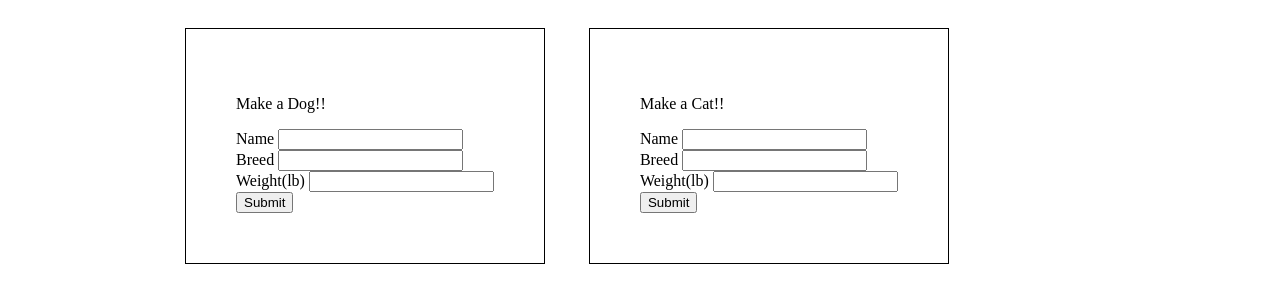
Repository: harshithamagani/Java-Basics
Page: http://localhost/pets/
The author's editor kept a copy of each file at every save. The page is drawn from the files as they stood at one save, then again after the next save.
The browser window is 1280 px wide. The pictures show the whole page.
The page is served by Tomcat 9.

Above is the page before, as saved 2019-11-05 01:05:42.

After the next save:
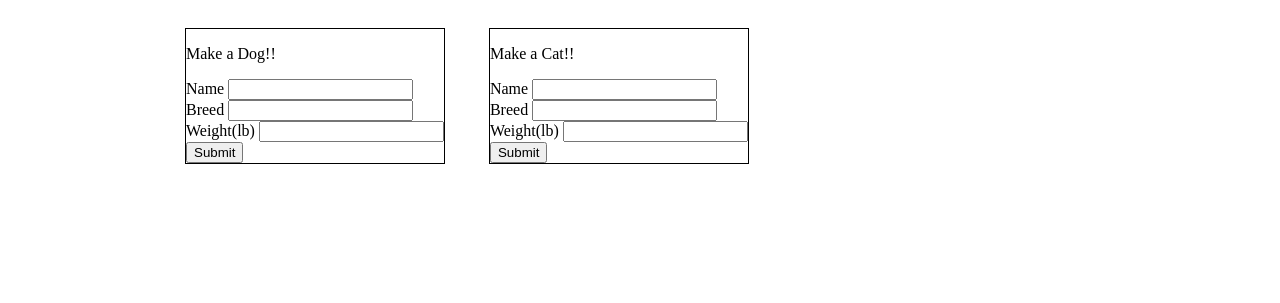
Saved 40 s later.
--- a/pets/WebContent/WEB-INF/index.jsp
+++ b/pets/WebContent/WEB-INF/index.jsp
@@ -14,13 +14,11 @@ margin: 0 auto;
 display: inline-block;
 border: solid black 1px;
 margin : 20px;
-padding :50px;
 }
 #cat-section{
 display: inline-block;
 border: solid black 1px;
 margin : 20px;
-padding :50px;
 }
 
 </style>
